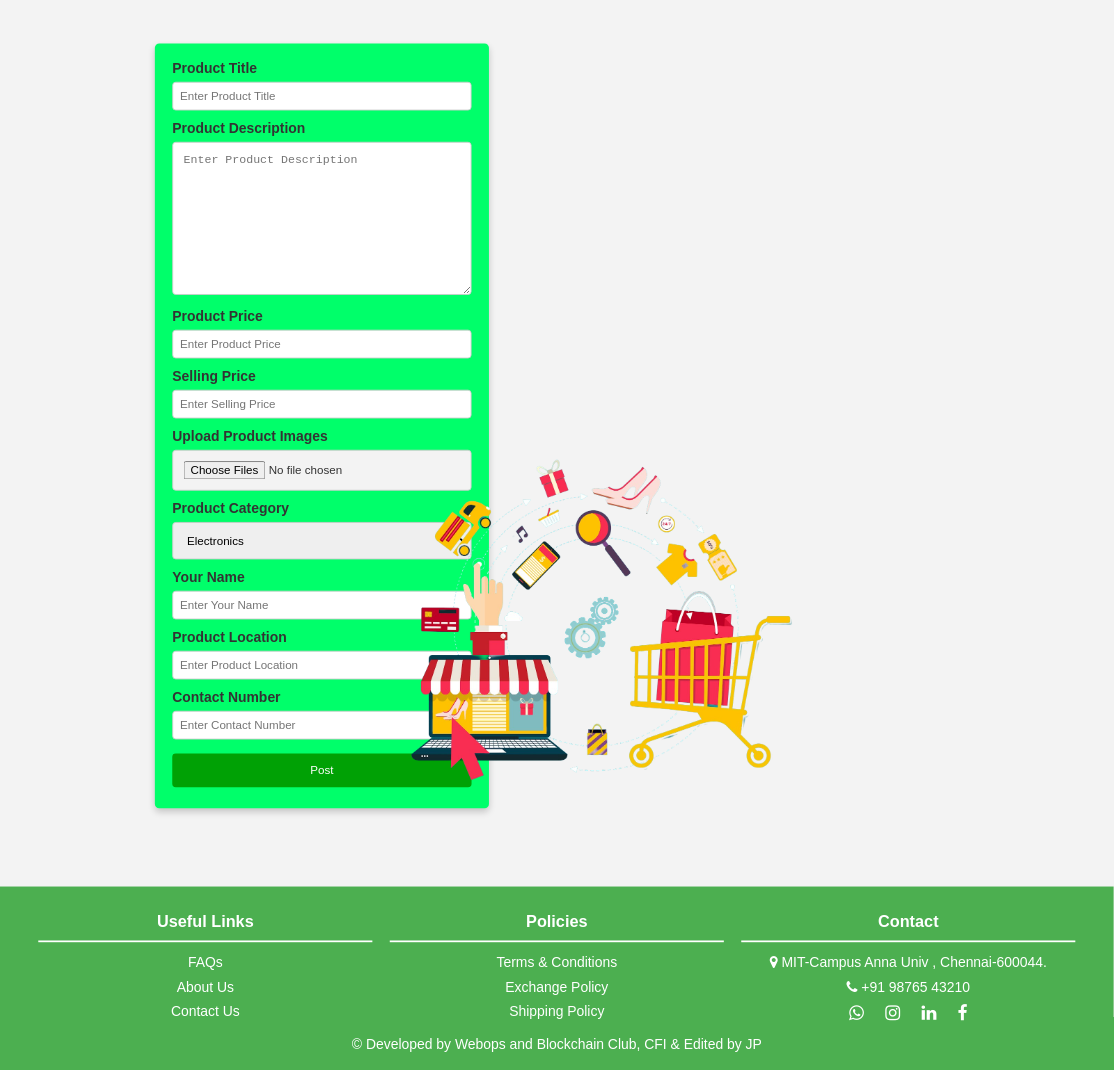
Repository: John-Prabu-A/web-dev-summer-school
Page: Session_1_Assignment/sell.html
An editor plug-in stored every save of this project. The page is shown before and after the next save, followed by the edit.
The browser window is 1280 px wide. The pictures show the whole page, at 87% of full size.

Above is the page before, as saved 2024-06-20 15:32:34.

After the next save:
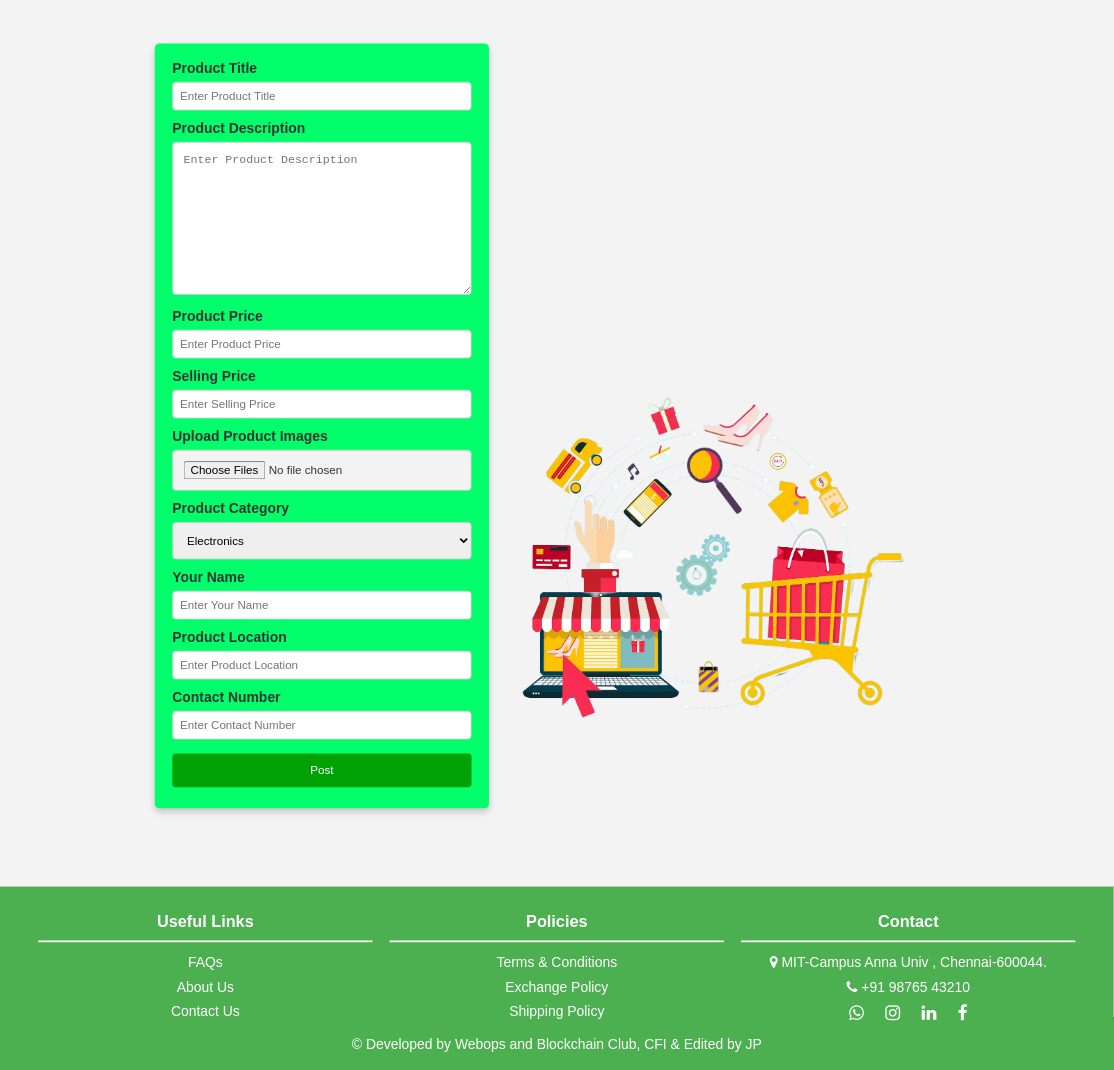
Saved 13 s later.
--- a/Session_1_Assignment/sell.html
+++ b/Session_1_Assignment/sell.html
@@ -16,8 +16,6 @@
 
         img {
             display:inline-block;
-            position: relative;
-            right: 10dvw;
             top: 10dvh;
             width: 50dvw;
             height: auto;
